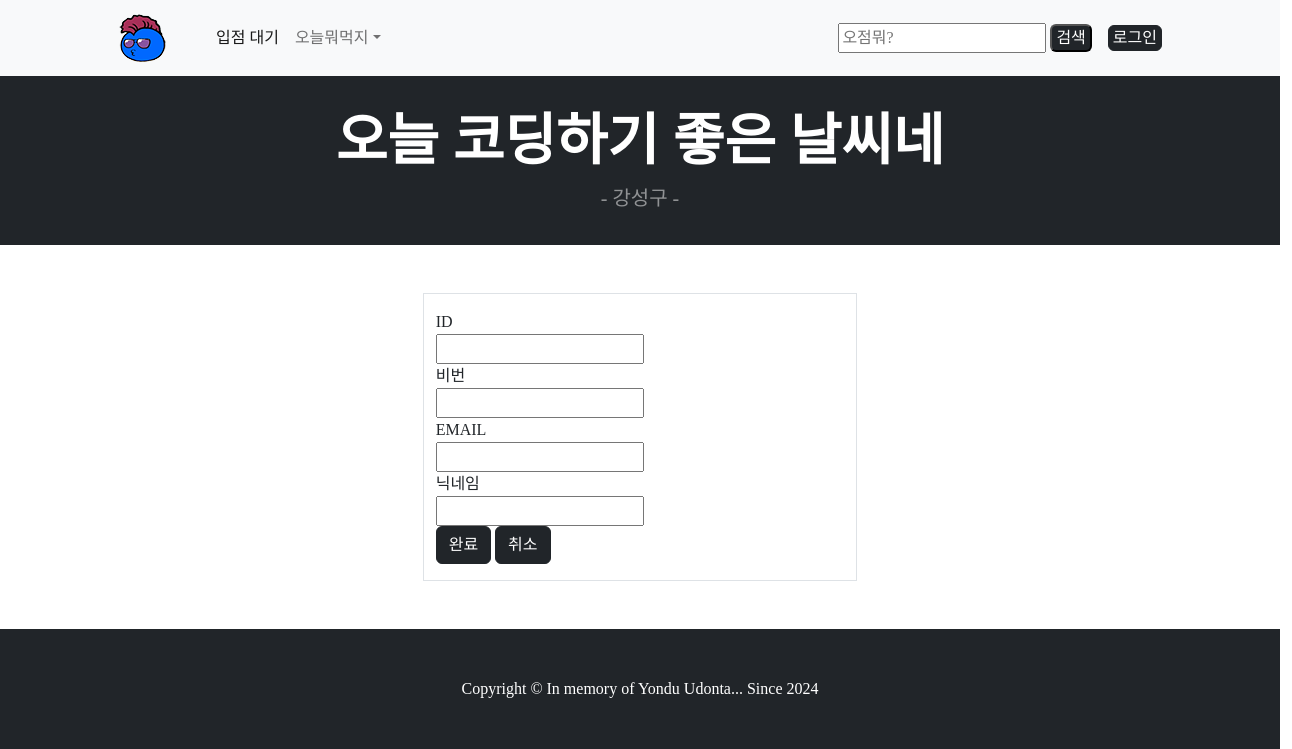
Repository: ashwan94/ydzone
Page: http://localhost/YonduZone/signUp
These files come from the project's save history. The page is drawn as it stood at one moment and after the next save; the edit follows.
The browser window is 1280 px wide. The page is 1292 px wide, so the pictures cover 1292 px, including what lies to the right of the window. The pictures show the whole page.
Some web fonts or font styles are not loaded; a fallback is used. The page is served by Tomcat 9. Other server files are loaded and not shown.

Above is the page before, as saved 2024-05-01 11:34:01.

### YonduZone/src/main/webapp/WEB-INF/views/common/signUp.jsp
<%@ page language="java" contentType="text/html; charset=UTF-8"
	pageEncoding="UTF-8"%>
<jsp:include page="/WEB-INF/views/common/header.jsp">
	<jsp:param value="회원가입" name="title" />
	<jsp:param value="오늘 코딩하기 좋은 날씨네" name="center" />
	<jsp:param value="- 강성구 -" name="content" />
</jsp:include>

<div class="row my-5">
	<div class="col-4"></div>
	<div class="col-4 border py-3">
		<form action="/signUp" method="post" id="signUpForm">
			<label>
				<div>ID</div>
				<input type="text" name="id">
			</label>
			<label>
				<div>비번</div>
				<input type="password" name="pw">
			</label>
			<label>
				<div>EMAIL</div>
				<input type="email" name="email">
			</label>
			<label>
				<div>닉네임</div>
				<input type="text" name="nickName">
			</label>
			<input type="hidden" value="${msg }" id="msg">
			<div>
			<button type="submit" id="submitBtn" class="btn btn-dark">완료</button>
			<button type="button" id="backBtn" class="btn btn-dark">취소</button>
			</div>
		</form>
	</div>
	<div class="col-4"></div>
</div>

<script src="https://cdn.jsdelivr.net/npm/bootstrap@5.3.3/dist/js/bootstrap.bundle.min.js"></script>
<script src="/Bootstrap/js/scripts.js"></script>

<script>
	const msgEl = document.querySelector("#msg");
	if(msgEl.value != ""){
		alert(msgEl.value);
	}

	const submitBtn = document.querySelector("#submitBtn");
	const backBtn = document.querySelector("#backBtn");

	submitBtn.addEventListener("click", function(e) {
		e.preventDefault();

		const idEl = document.querySelector("[name='id']");
		const pwEl = document.querySelector("[name='pw']");
		const emailEl = document.querySelector("[name='email']");
		const nickNameEl = document.querySelector("[name='nickName']");

		if(idEl.value == "" || pwEl.value == "" || emailEl.value == "" || nickNameEl.value == "") {
			alert("누락된 정보가 있습니다.");
		}else{
			const form = document.querySelector("#signUpForm");
			form.submit();
		}
	})

	backBtn.addEventListener("click", function() {
		history.back();
	});
</script>
<jsp:include page="/WEB-INF/views/common/footer.jsp"/>

### YonduZone/src/main/webapp/WEB-INF/views/common/header.jsp
<%@ page language="java" contentType="text/html; charset=UTF-8"
	pageEncoding="UTF-8"%>
<%@ taglib prefix="c" uri="http://java.sun.com/jsp/jstl/core"%>
<!DOCTYPE html>
<html lang="en">
<head>
<meta charset="UTF-8">
<meta name="viewport"
	content="width=device-width, initial-scale=1, shrink-to-fit=no" />
<meta name="description" content="" />
<meta name="author" content="" />
<!-- Favicon-->
<link rel="icon" type="image/x-icon" href="assets/favicon.ico" />
<!-- Bootstrap icons-->
<link
	href="https://cdn.jsdelivr.net/npm/bootstrap-icons@1.5.0/font/bootstrap-icons.css"
	rel="stylesheet" />
<!-- Core theme CSS (includes Bootstrap)-->
<link href="/Bootstrap/css/styles.css" rel="stylesheet" />
<title>${param.title }</title>
<style>
	a{
		text-decoration:none;
		color:black;
	}
	a:hover{
		color:rgb(57, 151, 255);
	}

	@font-face {
    font-family: 'SUIT-Regular';
    src: url('https://cdn.jsdelivr.net/gh/projectnoonnu/noonfonts_suit@1.0/SUIT-Regular.woff2') format('woff2');
    font-weight: normal;
    font-style: normal;
	}

	* {
		font-family: 'SUIT-Regular';
	}
</style>

</head>
<body>
	<header>
		<nav class="navbar navbar-expand-lg navbar-light bg-light">
			<div class="container px-4 px-lg-5">
				<a class="navbar-brand" href="/main"><img src="${pageContext.request.contextPath }/Source/header/logo/main_logo.png" alt="Welcome to YouduZone!"></a>
				<button class="navbar-toggler" type="button" data-bs-toggle="collapse" data-bs-target="#navbarSupportedContent" aria-controls="navbarSupportedContent" aria-expanded="false" aria-label="Toggle navigation">
					<span class="navbar-toggler-icon"></span>
				</button>
				<div class="collapse navbar-collapse" id="navbarSupportedContent">
					<ul class="navbar-nav me-auto mb-2 mb-lg-0 ms-lg-4">
						<li class="nav-item">
							<a class="nav-link active" aria-current="page" href="/restaurant/stanby?userNo=${sessionScope.user.no }" data-value="${sessionScope.user.no }" id="stanbyRestaurant">입점 대기</a>
						</li>
						<li class="nav-item dropdown">
                            <a class="nav-link dropdown-toggle" id="navbarDropdown" href="#" role="button" data-bs-toggle="dropdown" aria-expanded="false">오늘뭐먹지</a>
                            <ul class="dropdown-menu text-center" aria-labelledby="navbarDropdown">
                                <li><a class="dropdown-item" href="/restaurant/category?category=밥">밥</a></li>
                                <li><a class="dropdown-item" href="/restaurant/category?category=국/찌개">국/찌개</a></li>
                                <li><a class="dropdown-item" href="/restaurant/category?category=면/분식">면/분식</a></li>
                                <li><a class="dropdown-item" href="/restaurant/category?category=야식">야식</a></li>
                            </ul>
                        </li>
					</ul>

					<form action="/restaurant/search" method="get" class="d-flex">
						<label>
							<input type="text" name="searchWord" placeholder="오점뭐?" id="searchBar">
							<button type="submit" class="badge bg-dark text-white fs-6 rounded-25 p-1 fw-normal me-3">검색</button>
						</label>
					</form>
					<c:choose>
						<c:when test="${not empty sessionScope.user }">
							<a href="/restaurant/add" class="badge d-flex bg-dark text-white mx-2 p-1 rounded-25 fs-6 fw-normal">밥집 추가</a>
							<a href="/user/view"><span class="badge bg-dark text-white p-1 rounded-25 fs-6 fw-normal me-2">${sessionScope.user.nickName } 님</span></a>
							<form action="/logout" method="get">
								<button type="submit" class="d-flex badge bg-dark text-white p-1 rounded-25 fs-6 fw-normal">로그아웃</button>
							</form>
						</c:when>
						<c:otherwise>
							<form action="/login" method="get" class="d-flex">
								<button type="submit" class="badge btn btn-outline-dark bg-dark text-white p-1 rounded-25 fs-6 fw-normal">로그인</button>
							</form>
							<input type="hidden" id="loginCheck" value="${empty sessionScope.user }">
						</c:otherwise>
					</c:choose>
				</div>
			</div>
		</nav>
		<div class="container-fluid bg-dark p-3">
			<div class="text-center text-white my-3">
				<h1 class="display-4 fw-bolder">${param.center }</h1>
				<p class="lead fw-normal text-white-50 mb-0">${param.content }</p>
			</div>
		</div>
	</header>

### YonduZone/src/main/webapp/WEB-INF/views/common/footer.jsp
<%@ page language="java" contentType="text/html; charset=UTF-8"
	pageEncoding="UTF-8"%>
<footer class="py-5 bg-dark">
<div class="container">
	<p class="m-0 text-center text-white">Copyright &copy; In memory of Yondu Udonta... Since 2024</p>
</div>
</footer>
<!-- Bootstrap core JS-->
<script src="https://cdn.jsdelivr.net/npm/bootstrap@5.3.3/dist/js/bootstrap.bundle.min.js"></script>
<!-- Core theme JS-->
<script src="/Bootstrap/js/scripts.js"></script>
<script>
	const priceEl = document.querySelectorAll(".price");

	priceEl.forEach(el => {
		if(el == null) {
			console.log("There are no any price elements");
		} else{
			el.innerText = parseInt(el.innerText).toLocaleString() + "원";
		}
	})

	/* const searchBar = document.querySelector("#searchBar");
	searchBar.select(); */

	const loginCheck = document.querySelector("#loginCheck");
	const stanbyRestaurant = document.querySelector("#stanbyRestaurant");

	stanbyRestaurant.addEventListener("click", function(e) {
		e.preventDefault();

		if(loginCheck) {
			alert("로그인 이후 이용 가능합니다.");
			location.href = "/login";
		}else{
			location.href = "/restaurant/stanby?userNo=" + stanbyRestaurant.getAttribute("data-value");
		}
	})
</script>
</body>
</html>

### YonduZone/src/main/java/common/SignUpServlet.java
package common;

import java.io.IOException;
import java.net.URLEncoder;

import javax.servlet.ServletContext;
import javax.servlet.ServletException;
import javax.servlet.annotation.WebServlet;
import javax.servlet.http.HttpServlet;
import javax.servlet.http.HttpServletRequest;
import javax.servlet.http.HttpServletResponse;

import org.apache.ibatis.session.SqlSession;

import user.UserService;
import user.UserVO;

/**
 * Servlet implementation class SignUpServlet
 */
@WebServlet("/signUp")
public class SignUpServlet extends HttpServlet {
	private UserService service;

	@Override
		public void init() throws ServletException {
			ServletContext servletContext = getServletContext();
			SqlSession session = (SqlSession) servletContext.getAttribute("sqlSession");
			this.service = new UserService(session);
		}

	protected void doGet(HttpServletRequest request, HttpServletResponse response) throws ServletException, IOException {
		request.getRequestDispatcher("/WEB-INF/views/common/signUp.jsp").forward(request, response);
	}

	protected void doPost(HttpServletRequest request, HttpServletResponse response) throws ServletException, IOException {
		String id = request.getParameter("id");
		String pw = request.getParameter("pw");
		String email = request.getParameter("email");
		String nickName = request.getParameter("nickName");

		UserVO checkUser = service.getUser(new UserVO(id, pw));

		if(checkUser == null) {
			int insertUser = service.insertUser(new UserVO(id, pw, email, nickName));

			if(insertUser > 0) {
				String msg = URLEncoder.encode("회원가입이 완료되었습니다!", "UTF-8");
				response.sendRedirect("/login?msg=" + msg);
			}

		}else {
			request.setAttribute("msg", "이미 존재하는 계정입니다.");
			request.getRequestDispatcher("/WEB-INF/views/common/signUp.jsp").forward(request, response);
		}


	}

}

Loaded but not shown: YonduZone/src/main/webapp/Bootstrap/css/styles.css (library); YonduZone/src/main/webapp/Bootstrap/js/scripts.js (common file)

After the next save:
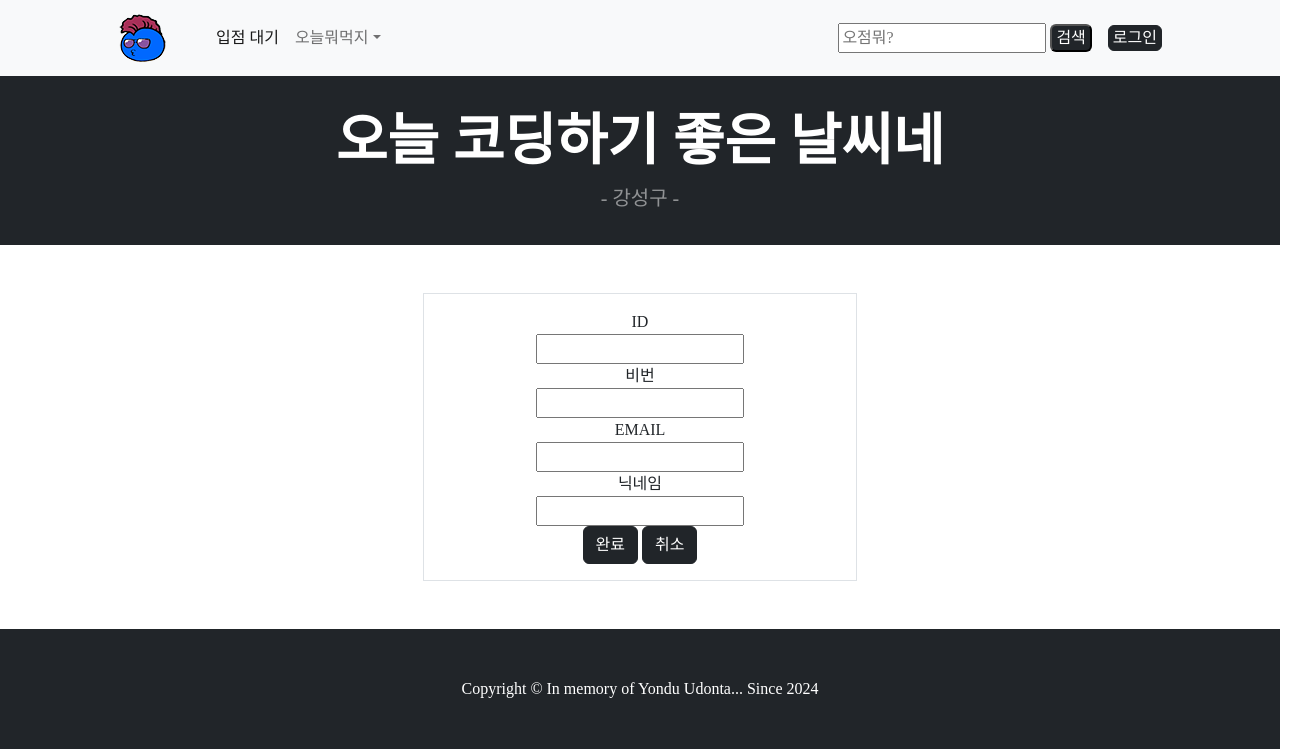
Saved 13 s later.
--- a/YonduZone/src/main/webapp/WEB-INF/views/common/signUp.jsp
+++ b/YonduZone/src/main/webapp/WEB-INF/views/common/signUp.jsp
@@ -8,7 +8,7 @@
 
 <div class="row my-5">
 	<div class="col-4"></div>
-	<div class="col-4 border py-3">
+	<div class="col-4 border py-3 text-center">
 		<form action="/signUp" method="post" id="signUpForm">
 			<label>
 				<div>ID</div>
